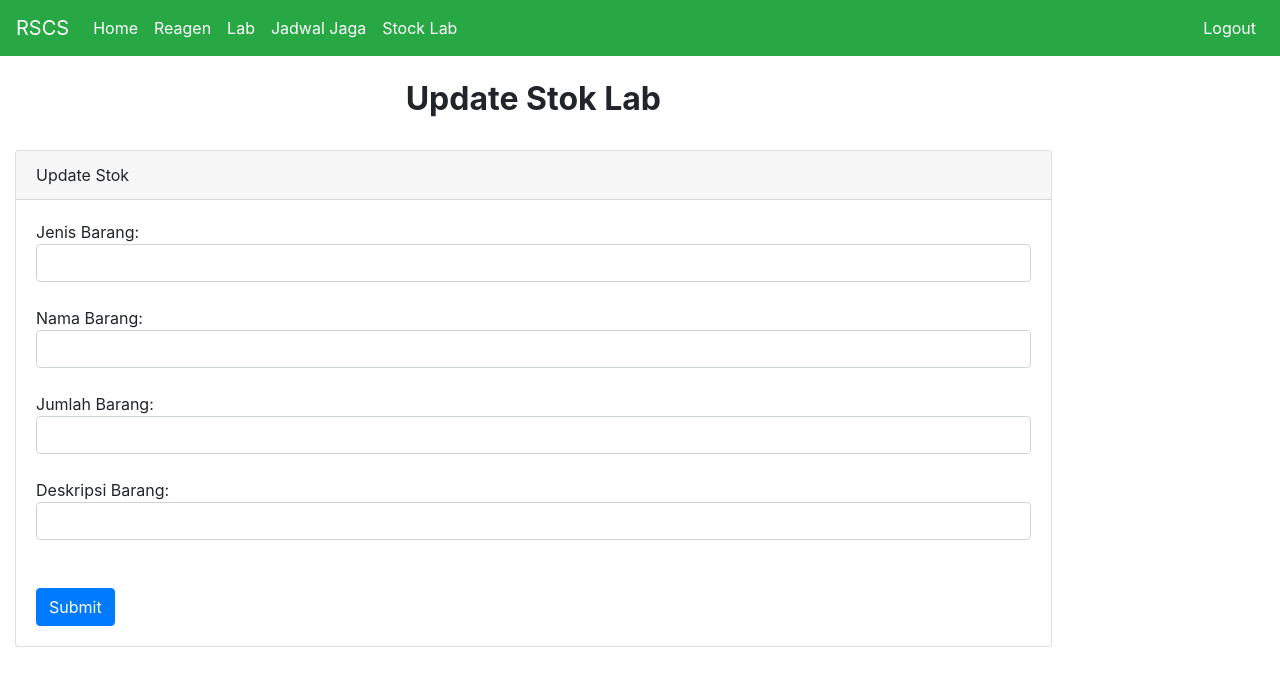
Repository: usamah1707/Tugas-Akhir-Kelompok-6
Page: http://localhost/update-stok
These files come from the project's save history. The page is drawn as it stood at one moment and after the next save; the edit follows.
The browser window is 1280 px wide. The pictures show the whole page.
The page is this project's Thymeleaf template; nobody is signed in. The template is opened directly, without the code that normally fills it, so the values that code supplies are empty.

Above is the page before, as saved 2019-06-04 06:21:03.

### TA_6/src/main/resources/templates/update-stok.html
<!DOCTYPE html>
<html xmlns:th="http://www.thymeleaf.org">

<head>
<title>Update Stok</title>

<object th:include="fragments/fragment :: css" th:remove="tag"></object>
<object th:include="fragments/fragment :: js" th:remove="tag"></object>
</head>

<body>
	<nav th:replace="fragments/fragment :: navbar"></nav>

	<div class="container-fluid">

	<div class="row">
			<span class="col-md-5"></span>
			<div class="col-md-10">
			<br>

		<h2 align = "center"><strong>Update Stok Lab</strong></h2>
		<br>

				<div class="card">
					<div class="card-header">Update Stok</div>
					<div class="card-body">
						<form th:action="@{/lab/stok/ubah}" th:object="${stok}"
							method="POST">
							<input type="hidden" name="id" th:value="${stok.id}" />
							<!-- <input type="hidden" th:field="*{stok}" /> -->
							Jenis Barang: <br> <input type="text"
								th:value="${stok.jenisBarang}" name="jenisBarang"
								class="form-control" /> <br> Nama Barang: <br> <input
								type="text" th:value="${stok.namaBarang}" name="namaBarang"
								class="form-control" /> <br> Jumlah Barang: <br> <input
								type="number" th:value="${stok.jumlahBarang}"
								name="jumlahBarang" class="form-control" /> <br> Deskripsi
							Barang: <br> <input type="text"
								th:value="${stok.deskripsiBarang}" name="deskripsiBarang"
								class="form-control" /> <br>
							<br>
							<button type="submit" class="btn btn-primary">Submit</button>
						</form>
					</div>
				</div>
			</div>
		</div>
	</div>
</body>

</html>

### TA_6/src/main/resources/templates/fragments/fragment.html
<!DOCTYPE html>
<html xmlns:th="http://www.thymeleaf.org">

<head>
    <title>Home</title>
	<head th:fragment="metas">
		<meta charset="utf-8">
    	<meta name="viewport" content="width=device-width, initial-scale=1, shrink-to-fit=no">
	</head>
    <head th:fragment="css">
    	<link rel="stylesheet" th:href="@{/css/style.css}">
        <link rel="stylesheet" th:href="@{/css/bootstrap.min.css}">

    </head>

    <head th:fragment="js">
    	<script
  src="https://code.jquery.com/jquery-3.3.1.js"
  integrity="sha256-2Kok7MbOyxpgUVvAk/HJ2jigOSYS2auK4Pfzbm7uH60="
  crossorigin="anonymous"></script>
        <script th:src="@{/js/bootstrap.min.js}"></script>
    </head>
</head>

<body>
    <nav th:fragment="navbar" class="navbar navbar-expand-lg navbar-dark bg-success">
        <a class="navbar-brand" th:href="@{/}">RSCS</a>
        <div class="collapse navbar-collapse" id="navbarSupportedContent">
            <ul class="navbar-nav mr-auto">
                <li class="nav-item active">
                    <a class="nav-link" th:href="@{/}">Home</a>
                </li>

                <li class="nav-item active">
                    <a class="nav-link" th:href="@{/lab/kebutuhan}">Reagen</a>
                </li>
                 <li class="nav-item active">
                    <a class="nav-link" th:href="@{/lab/pemeriksaan}">Lab</a>
                </li>
                <li class="nav-item active">
                    <a class="nav-link" th:href="@{/lab/jadwal-jaga/hihu}">Jadwal Jaga</a>
                </li>
                 <li class="nav-item active">
                    <a class="nav-link" th:href="@{/lab/stok}">Stock Lab</a>
                </li>
            </ul>
            <ul class="navbar-nav pull-right">
            	<li class="nav-item active">
            		<a class="nav-link" th:href="@{/logout}">Logout</a>
            	</li>
            </ul>
        </div>
    </nav>
</body>

</html>

### TA_6/src/main/resources/static/css/style.css
body {
  background: #34495e;
  font: normal 300 18px "Roboto", sans-serif;
}

#menu-nav {
  max-width: 1000px;
  margin: 130px auto;
  background-color: #ecf0f1;
  border-radius: 4px;
  box-shadow: 0 2px 5px rgba(0, 0, 0, 0.3);
}

#navigation-bar ul {
  border-radius: 4px;
  overflow: hidden;
}
#navigation-bar li {
  float: left;
  width: 20%;
}
#navigation-bar li:hover a::before {
  right: 0;
  left: 0;
}
#navigation-bar a {
  color: #848484;
  font-size: 20px;
  text-decoration: none;
  text-align: center;
  padding: 20px 0;
  display: block;
  position: relative;
  transition: all 0.3s ease;
}
#navigation-bar a:hover {
  color: #e74c3c;
}
#navigation-bar a::before {
  content: "";
  transition: all 0.4s ease-in-out;
  position: absolute;
  right: 50%;
  left: 50%;
  bottom: 0;
  height: 2px;
  background-color: #e74c3c;
}
#navigation-bar a:hover::before {
  right: 0;
  left: 0;
}

li {
	list-style: none;
}

Loaded but not shown: TA_6/src/main/resources/static/css/bootstrap.min.css (library); TA_6/src/main/resources/static/js/bootstrap.min.js (library)

After the next save:
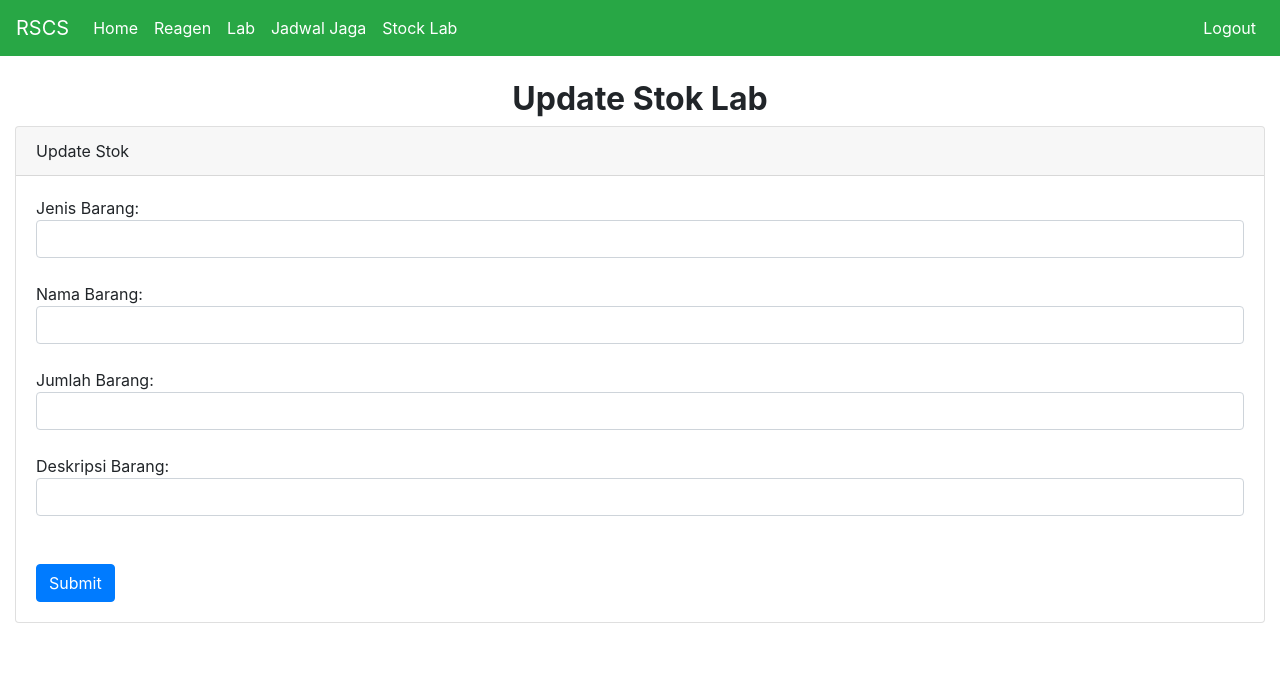
Saved 8 s later.
--- a/TA_6/src/main/resources/templates/update-stok.html
+++ b/TA_6/src/main/resources/templates/update-stok.html
@@ -14,12 +14,11 @@
 	<div class="container-fluid">
 
 	<div class="row">
-			<span class="col-md-5"></span>
-			<div class="col-md-10">
+			<span class="col-md-3"></span>
+			<div class="col-md-12">
 			<br>
 
 		<h2 align = "center"><strong>Update Stok Lab</strong></h2>
-		<br>
 
 				<div class="card">
 					<div class="card-header">Update Stok</div>
